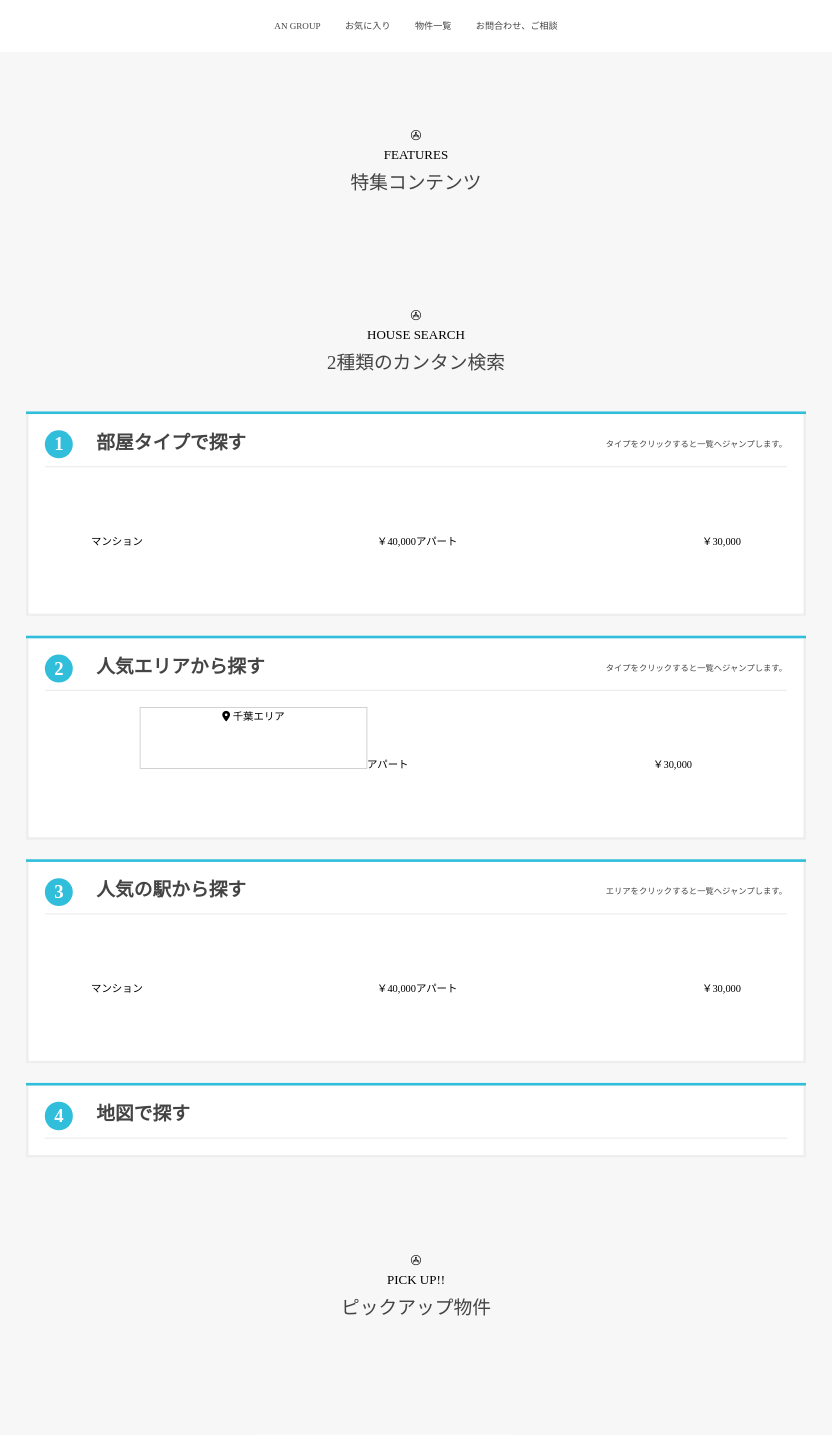
Repository: ninhdavid/real-estate
Page: index.html
An editor plug-in stored every save of this project. The page is shown before and after the next save, followed by the edit.
The browser window is 1280 px wide. The pictures show the whole page, at 65% of full size.
Some web libraries are served in a nearby version. The style sheet was rebuilt from its Sass, Less or Tailwind sources for each picture, by a compiler version that may differ from the author's.

Above is the page before, as saved 2022-05-12 16:46:55.

### index.html
<!DOCTYPE html>
<html lang="en">

<head>
    <meta charset="UTF-8">
    <meta http-equiv="X-UA-Compatible" content="IE=edge">
    <meta name="viewport" content="width=device-width, initial-scale=1.0">
    <link rel="stylesheet" href="css/main.css">
    <script src="https://kit.fontawesome.com/691ec27588.js" crossorigin="anonymous"></script>
    <title>Document</title>
</head>

<body>
    <div class="main-container">
        <div class="header">
            <div class="img-header"></div>
        </div>
        <div class="main-nav">
            <ul id="nav">
                <li><a class="nav-img" href="#">
                        <!-- <img src="./asset/img/logo/logo-edited.png" alt=""> -->
                        AN GROUP
                    </a></li>
                <li><a href="#">お気に入り</a></li>
                <li><a href="#">物件一覧</a></li>
                <li><a href="#">お問合わせ、ご相談</a></li>
            </ul>
        </div>
        <div class="content">
            <div class="content-section">
                <div class="title-section">
                    <i class="fa-brands fa-app-store"></i>
                    <p>FEATURES</p>
                    <p>特集コンテンツ</p>
                </div>
                <div id="slider"> </div>
            </div>
            <div class="content-section search-section">
                <div class="title-section">
                    <i class="fa-brands fa-app-store"></i>
                    <p>HOUSE SEARCH</p>
                    <p>2種類のカンタン検索</p>
                </div>
                <div class="content-area">
                    <div class="content-box">
                        <div class="title-area">
                            <h3>
                                <span>1</span>
                                部屋タイプで探す
                            </h3>
                            <p>タイプをクリックすると一覧へジャンプします。</p>
                        </div>
                        <div class="type-list">
                            <div class="type-list-des">
                                <div class="list-bg"></div>
                                <p class="list-title">マンション</p>
                                <p class="list-price">￥40,000</p>
                            </div>
                            <div class="type-list-des">
                                <div class="list-bg"></div>
                                <p class="list-title">アパート</p>
                                <p class="list-price">￥30,000</p>
                            </div>
                        </div>
                    </div>
                    <div class="content-box">
                        <div class="title-area">
                            <h3>
                                <span>2</span>
                                人気エリアから探す
                            </h3>
                            <p>タイプをクリックすると一覧へジャンプします。</p>
                        </div>
                        <div class="type-list location-list">
                            <div class="type-list-des location-des">
                                <i class="fa-solid fa-location-dot"></i>
                                <p>千葉エリア</p>
                            </div>
                            <div class="type-list-des">
                                <div class="list-bg"></div>
                                <p class="list-title">アパート</p>
                                <p class="list-price">￥30,000</p>
                            </div>
                        </div>
                    </div>
                    <div class="content-box">
                        <div class="title-area">
                            <h3>
                                <span>3</span>
                                人気の駅から探す
                            </h3>
                            <p>エリアをクリックすると一覧へジャンプします。</p>
                        </div>
                        <div class="type-list">
                            <div class="type-list-des">
                                <div class="list-bg"></div>
                                <p class="list-title">マンション</p>
                                <p class="list-price">￥40,000</p>
                            </div>
                            <div class="type-list-des">
                                <div class="list-bg"></div>
                                <p class="list-title">アパート</p>
                                <p class="list-price">￥30,000</p>
                            </div>
                        </div>
                    </div>
                    <div class="content-box">
                        <div class="title-area">
                            <h3>
                                <span>4</span>
                                地図で探す
                            </h3>
                        </div>
                    </div>
                </div>
            </div>
            <div class="content-section">
                <div class="title-section">
                    <i class="fa-brands fa-app-store"></i>
                    <p>PICK UP!!</p>
                    <p>ピックアップ物件</p>
                </div>
                <div></div>
            </div>
        </div>

    </div>



</body>
<script src="asset/java-script/chat-online.js"></script>

</html>

### css/main.scss


*{
    padding: 0;
    margin: 0;
    box-sizing: border-box;
}

.main-nav{
    // height: 85px;
    background-color: #fff;
    width: 100%;
    z-index:10;
    height: 5em;
    text-align: center;
}
#nav{
    display:inline-block;
}
#nav,
.subnav {
    list-style-type: none;
}
#nav > li{
    display:inline-block;
}
#nav  li{
    position: relative;
    top:11px;
}
#nav li a{
    display: block;
    text-decoration: none;
    line-height: 24px;
    font-size: 14px;
    padding: 1.2em;
}
#nav>li>a{
    color: rgb(68,68,68);
    text-transform: uppercase;
}
// .nav-img{
//     background-image: url("/asset/img/logo/logo-edited.png");
//     height:80px;
//     width: 100px;
//     padding: 5px 0;
//     background-position: center; /* Center the image */
//     background-repeat: no-repeat; /* Do not repeat the image */
//     background-size: cover;
// }
.content{
    background-color: #f7f7f7;
    padding: 60px 5px;
}
.content-section{
    display: block;
    text-align: center;
    padding:60px 0;
}
.title-section{

}
.search-section{

}
.title-section i {

}
.tittle-section p{
    font-weight: bold;
}
.title-section>p:nth-of-type(1){
    font-size: 1.25em;
    line-height: 1;
    padding: 10px 0;
}
.title-section p:nth-of-type(2){
    font-size: 1.8em;
    // font-size: 32px;
    color: #444444;
    padding-bottom: 2em;
}
.content-area{
    width: 1200px;
    margin: 0 auto;
}

.content-box{
    // display:relative;
    width: 100%;
    padding: 25px;
    border: 4px solid #eeeeee;
    position: relative;
    margin-bottom:30px;
    background-color: #fff;
}
.content-box:before{
    content: "";
    display: block;
    position: absolute;
    left: -4px;
    top: -4px;
    width: calc(100% + 8px);
    height: 4px;
    background-color: #30bedb;
}
.content-box p {
    display: inline-block;
}
.title-area{
    display:flex;
    justify-content:space-between;
    // font-size: 1.8em;
    line-height: 1.2;
    text-align: center;
    align-items:center;
    padding-bottom: 0.7em;
    border-bottom: 2px solid #eeeeee;
}
.title-area h3{
    font-size: 1.8em;
    color: #444444;
}
.title-area>h3>span{
    width: 1.5em;
    line-height: 1.5em;
    background-color: #30bedb;
    color: #fff;
    display:inline-block;
    vertical-align: middle;
    margin-right: 1em;
    // font-size: 1.6428571429em;
    // font-size: 1.17em;
    font-weight: bold;
    text-align: center;
    border-radius: 50% 50% 50% 50%;
}
.title-area>p{
    font-size: 0.8em;
    color: #444444;
}
.type-list{
    padding: 25px;
    display:flex;
    flex-wrap: wrap;
    flex-direction:row;
    justify-content: center;
}
.type-list-des{
    width: 500px;
    height:150px;
    position: relative;
}
.list-bg{
    position: absolute;
    background: no-repeat center center / cover;
    transition: all 0.3s ease;
    background-color: red;
}
.list-title{
    position:absolute;
    left: 0;
    top: 50%;
}
.list-price{
    position:absolute;
    right: 0;
    top: 50%;
}
.location-list{
    display: flex;
    justify-content:center;
}
.location-des{
    border:1px solid #bbbbbb;
    height:95px;
    width:32%;
}

Loaded but not shown: asset/java-script/chat-online.js (no stored copy; drawn as an empty file)

After the next save:
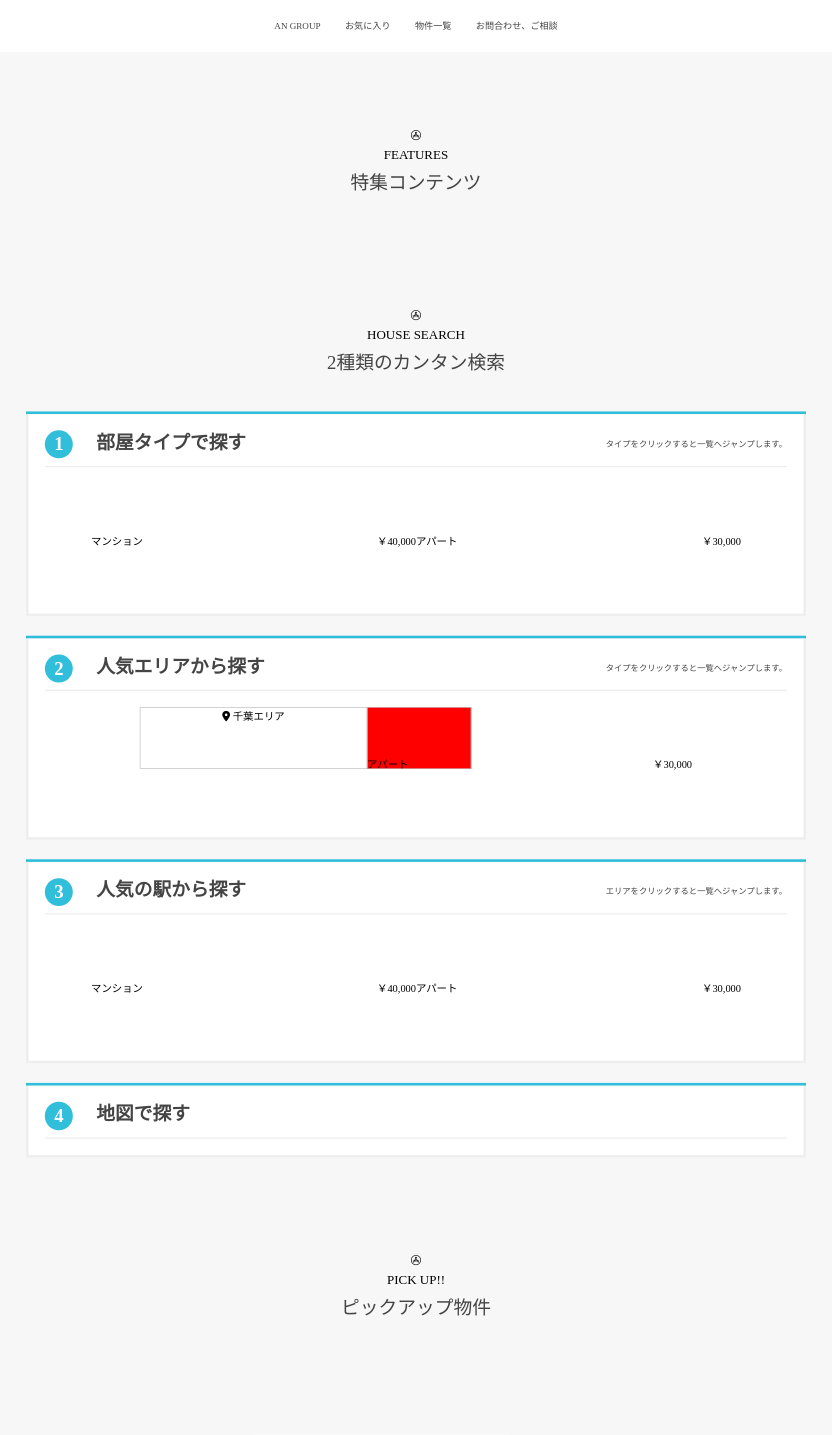
Saved 10 s later.
--- a/index.html
+++ b/index.html
@@ -77,7 +77,7 @@
                                 <p>千葉エリア</p>
                             </div>
                             <div class="type-list-des">
-                                <div class="list-bg"></div>
+                                <div class="list-bg location-des"></div>
                                 <p class="list-title">アパート</p>
                                 <p class="list-price">￥30,000</p>
                             </div>

After the save that followed:
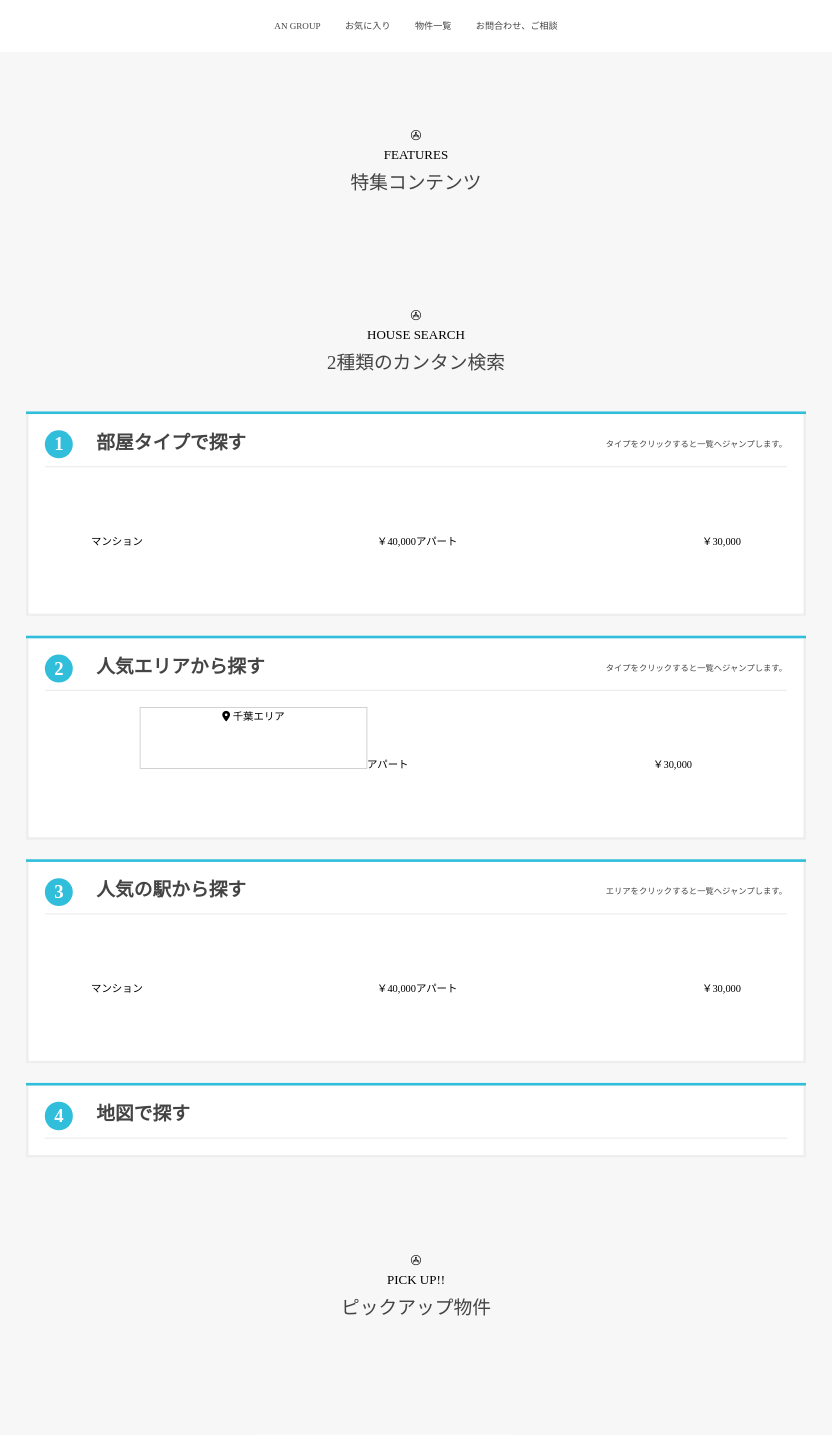
Saved 4 s later.
--- a/index.html
+++ b/index.html
@@ -77,7 +77,7 @@
                                 <p>千葉エリア</p>
                             </div>
                             <div class="type-list-des">
-                                <div class="list-bg location-des"></div>
+                                <div class="list-bg "></div>
                                 <p class="list-title">アパート</p>
                                 <p class="list-price">￥30,000</p>
                             </div>
